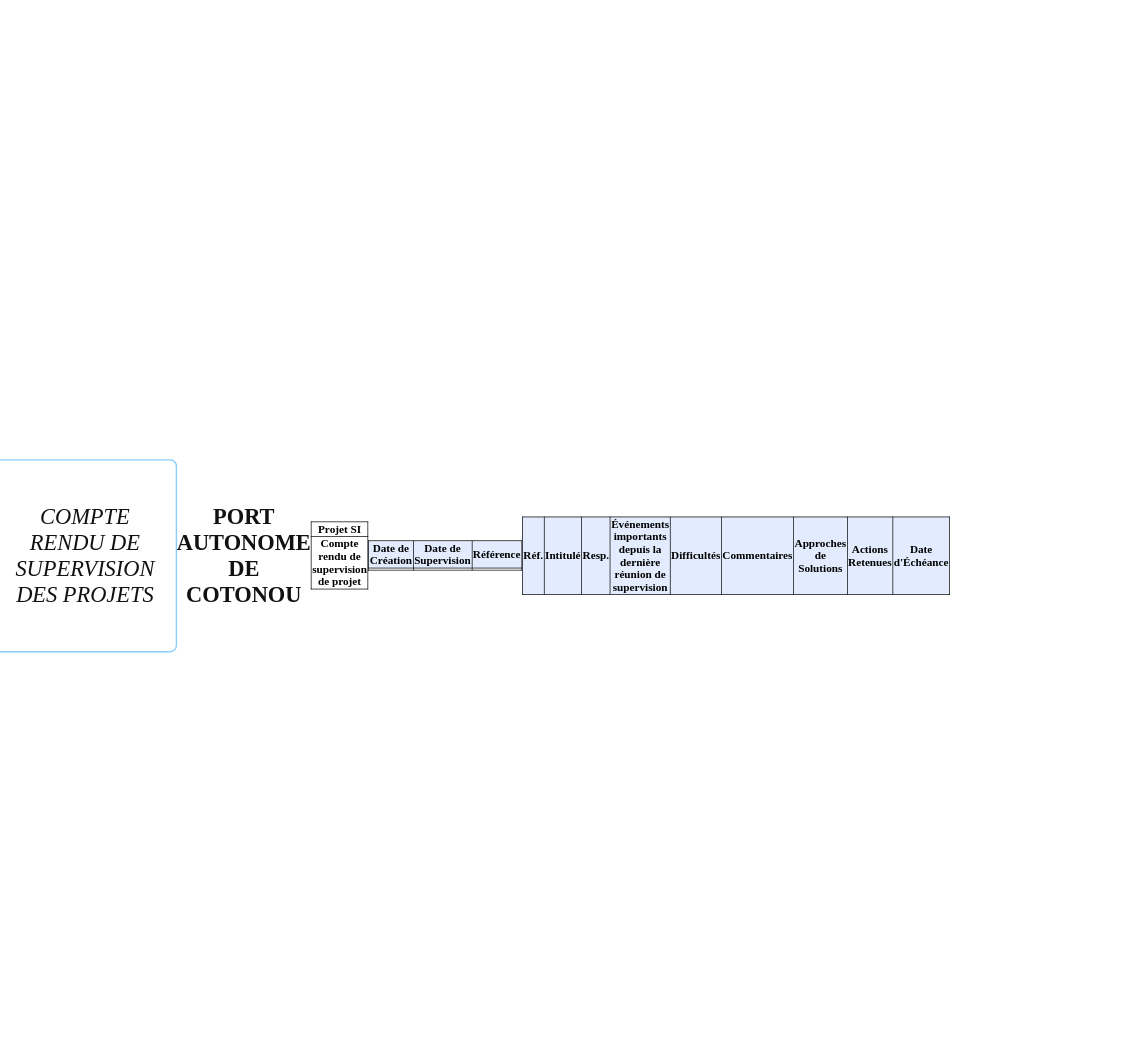
Repository: A2blackMZ/Project
Page: resources/views/report/seanceReport.blade.php
These files come from the project's save history. The page is drawn as it stood at one moment and after the next save; the edit follows.
The browser window is 1280 px wide. The page is 1357 px wide, then 1636 px, then 1357 px, so the pictures cover 1636 px, including what lies to the right of the window. The pictures show the part of the page from y = 0 to 1520 px (the page is 1587 px tall before and 2245 px after), at 70% of full size.
The page is served by the project's Laravel application, run on PHP 8.4 with Laravel 10. Other server files are loaded and not shown. The template is opened directly, without the code that normally fills it, so the values that code supplies are empty.

Above is the page before, as saved 2024-04-04 10:03:26.

### app/Http/Controllers/API/AuthController.php
<?php

namespace App\Http\Controllers\API;

use App\Http\Controllers\Controller;
use Illuminate\Http\Request;
use Illuminate\Support\Facades\Hash;
use Illuminate\Support\Facades\Auth;
use App\Models\User;

class AuthController extends Controller
{
    public function register(Request $request)
    {
        // Validez les données du formulaire d'inscription
        $request->validate([
            'name' => 'required|string',
            'email' => 'required|email|unique:users',
            'password' => 'required|string|min:8',
        ]);

        // Créez un nouvel utilisateur
        $user = new User([
            'name' => $request->input('name'),
            'email' => $request->input('email'),
            'password' => Hash::make($request->input('password')),
        ]);

        // Enregistrez l'utilisateur dans la base de données
        $user->save();

        // Générez un jeton d'accès pour l'utilisateur nouvellement inscrit
        $token = $user->createToken('MyAppToken')->accessToken;

        // Réponse avec le jeton d'accès et les informations de l'utilisateur
        return response()->json([
            'message' => 'Inscription réussie',
            'user' => $user,
            'access_token' => $token,
        ], 201); // Code de réponse 201 pour la création réussie
    }


    public function login(Request $request)
    {
        // Validez les données de connexion
        $request->validate([
            'email' => 'required|email',
            'password' => 'required|string',
        ]);

        // Tentez de connecter l'utilisateur
        if (Auth::attempt(['email' => $request->input('email'), 'password' => $request->input('password')])) {
            // Authentification réussie, générez un jeton d'accès pour l'utilisateur
            $user = Auth::user();
            $token = $user->createToken('MyAppToken')->accessToken;

            // Réponse avec le jeton d'accès et les informations de l'utilisateur
            return response()->json([
                'message' => 'Authentification réussie',
                'user' => $user,
                'access_token' => $token,
            ], 200); // Code de réponse 200 pour la réussite de l'authentification
        } else {
            // Échec de l'authentification
            return response()->json([
                'message' => 'Échec de l\'authentification',
            ], 401); // Code de réponse 401 pour l'échec de l'authentification
        }
    }

    public function user(Request $request)
    {
        return $request->user();
    }

    public function logout()
    {
        Auth::user()->tokens->each(function ($token, $key) {
            $token->delete();
        });

        return response()->json(['message' => 'Déconnexion réussie']);
    }

    public function getUser()
    {
        $user = Auth::user();

        return response()->json(['user' => $user]);
    }

    public function getUserInfo(Request $request)
    {
        $user = $request->user(); // Récupérez l'utilisateur à partir du jeton d'accès
        $userInfo = [
            'id' => $user->id,
            'name' => $user->name,
        ];

        return response()->json($userInfo);
    }
}

### routes/web.php
<?php

use App\Http\Controllers\SeanceController;
use Illuminate\Support\Facades\Route;

/*
|--------------------------------------------------------------------------
| Web Routes
|--------------------------------------------------------------------------
|
| Here is where you can register web routes for your application. These
| routes are loaded by the RouteServiceProvider and all of them will
| be assigned to the "web" middleware group. Make something great!
|
*/

Route::get('/', function () {
   return 'Je m\'appelle Shadrac';
    // return view('welcome');
});














Route::get('generate_pdf/{seanceId}', [SeanceController::class, 'generatePDF']);

Route::post('seances/{id}/generate-report', [SeanceController::class, 'generateReport']);

### resources/views/report/seanceReport.blade.php
<!DOCTYPE html>
<html lang="en">
<head>
    <meta charset="UTF-8">
    <title>Report de Séance</title>
    <style>
        .title-page {
            margin: 0;
            font-size: 2em; /* Taille du titre */
            text-align: center;
            color: #101110;
        }

        table {
            width: 100%;
            border-collapse: collapse;
        }
        table, th, td {
            border: 1px solid black;
        }
        th, td {
            border: 1px solid black;
            text-align: center;
        }
        th {
            background-color: #e2ecfe;
            font-weight: bold;
        }
        h1 {
            text-align: center;
            color: #101110;
        }

        body {
            margin: 0;
            display: flex;
            justify-content: center;
            align-items: center;
            height: 100vh;
            width: 297mm; /* Largeur A3 */
            height: 420mm; /* Hauteur A3 */
        }

        .card {
            width: 350px;
            padding: 30px;
            background-color: #ffffff;
            border: 2px solid #87CEFA;
            border-radius: 10px;
            margin-bottom: 350px;
            margin-top: 350px;
            margin-left: 20%;
        }


    </style>
</head>
<body>
    <div class="card">
        <div class="title-page">
            <p><em>COMPTE RENDU DE SUPERVISION DES PROJETS</em></p>
        </div>
    </div>

    <br><br>

    <h1>PORT AUTONOME DE COTONOU</h1>
    <br><br>
    <table>
        <tr color: #101110;>
            <td><strong>Projet SI</strong></td>
        </tr>
        <tr>
            <td><strong>Compte rendu de supervision de projet</strong></td>
        </tr>
    </table>

    <br><br>
    <table>
        <tr>
            <th>Date de Création</th>
            <th>Date de Supervision</th>
            <th>Référence</th>
        </tr>
        <tr>
            <td>{{ $seance->date_creation }}</td>
            <td>{{ $seance->date_supervision }}</td>
            <td>{{ $seance->reference }}</td>
        </tr>
    </table>

    <br><br>
    <table>
        <thead>
            <tr>
                <th>Réf.</th>
                <th>Intitulé</th>
                <th>Resp.</th>
                <th>Événements importants depuis la dernière réunion de supervision</th>
                <th>Difficultés</th>
                <th>Commentaires</th>
                <th>Approches de Solutions</th>
                <th>Actions Retenues</th>
                <th>Date d'Échéance</th>
            </tr>
        </thead>
        <tbody>
            @foreach($compteRendus as $index => $compteRendu)
                <tr>
                    @if ($index === 0)
                        <td rowspan="{{ count($compteRendus) }}">{{ $seance->reference }}</td>
                    @endif
                    <td>{{ $projets[$index]->nom }}</td>
                    <td>{{ $seance->nom_chef_projet }}</td>
                    <td>{!! $compteRendu->evenement !!}</td>
                    <td>{!! $compteRendu->difficultes !!}</td>
                    <td>{!! $compteRendu->commentaires !!}</td>
                    <td>{!! $compteRendu->approche_solution !!}</td>
                    <td>{!! $compteRendu->action_retenu !!}</td>
                    <td>{{ $compteRendu->date }}</td>
                </tr>
            @endforeach
        </tbody>
    </table>

</body>
</html>

Loaded but not shown: app/Http/Controllers/Controller.php (common file)

After the next save:
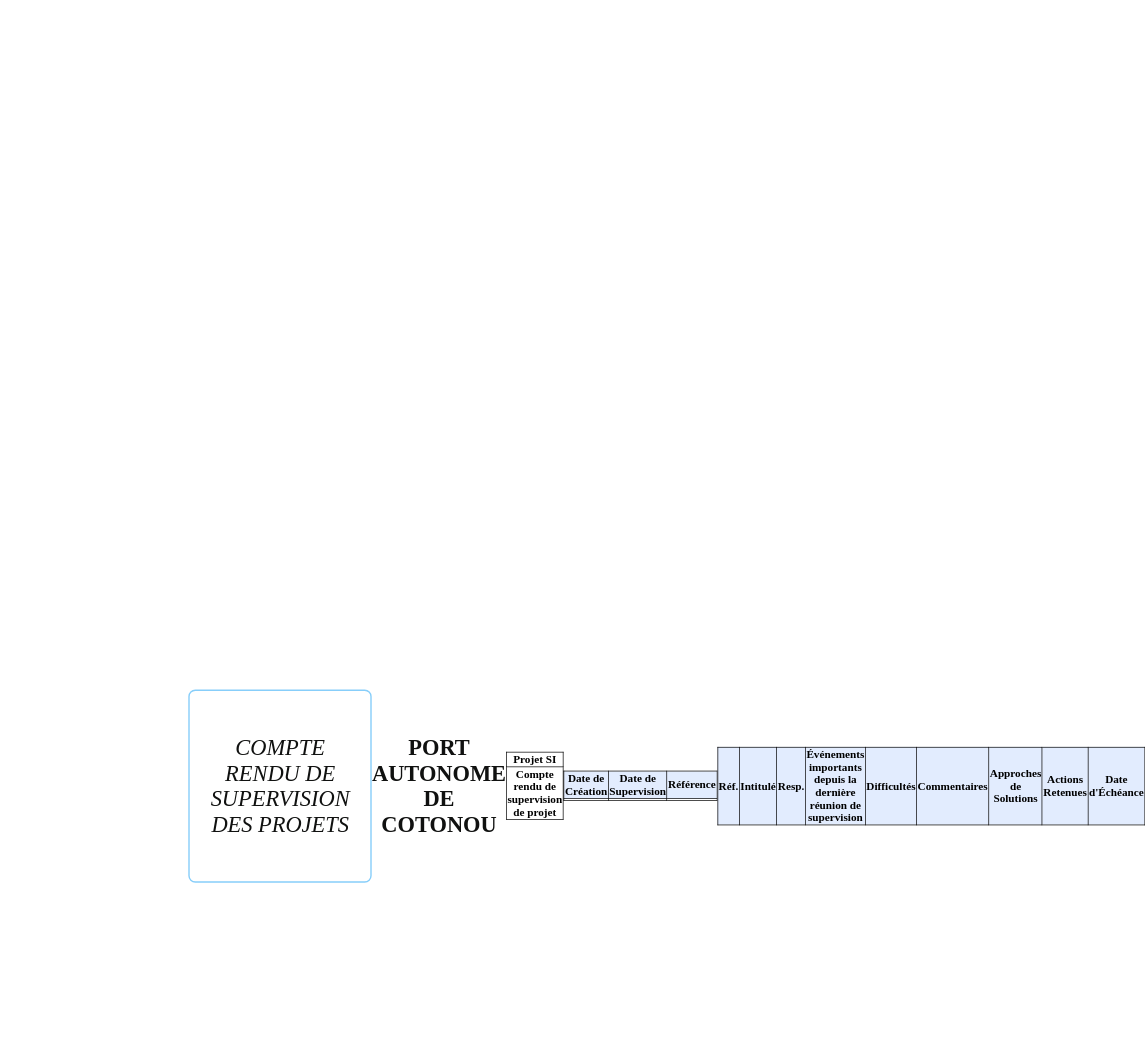
Saved 8 min 56 s later.
--- a/resources/views/report/seanceReport.blade.php
+++ b/resources/views/report/seanceReport.blade.php
@@ -37,8 +37,8 @@
             justify-content: center;
             align-items: center;
             height: 100vh;
-            width: 297mm; /* Largeur A3 */
-            height: 420mm; /* Hauteur A3 */
+            width: 420mm; /* Largeur A3 */
+            height: 594mm; /* Hauteur A3 */
         }
 
         .card {

After the save that followed:
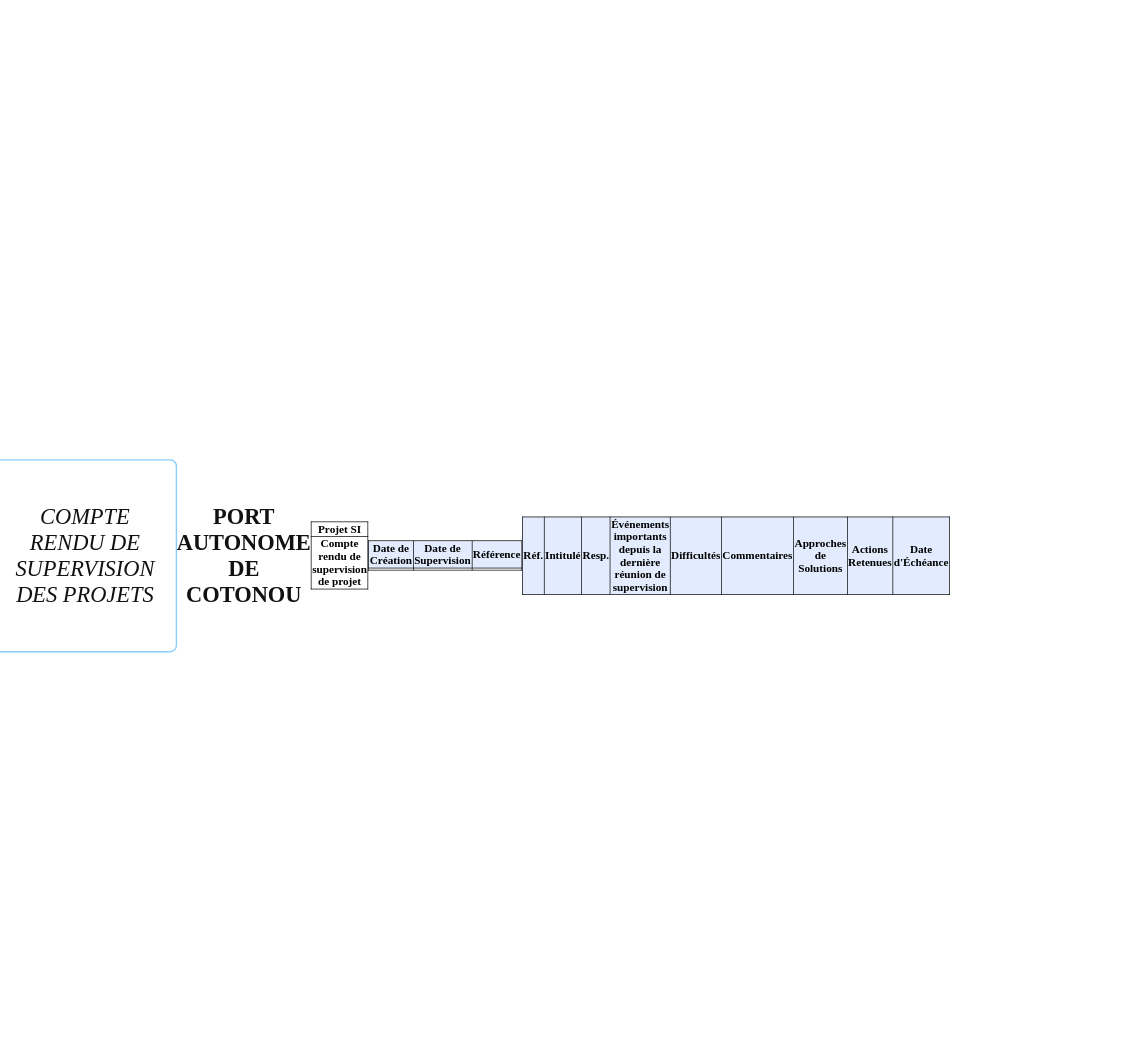
Saved 107 s later.
--- a/resources/views/report/seanceReport.blade.php
+++ b/resources/views/report/seanceReport.blade.php
@@ -37,8 +37,8 @@
             justify-content: center;
             align-items: center;
             height: 100vh;
-            width: 420mm; /* Largeur A3 */
-            height: 594mm; /* Hauteur A3 */
+            width: 297mm; /* Largeur A3 */
+            height: 420mm; /* Hauteur A3 */
         }
 
         .card {
